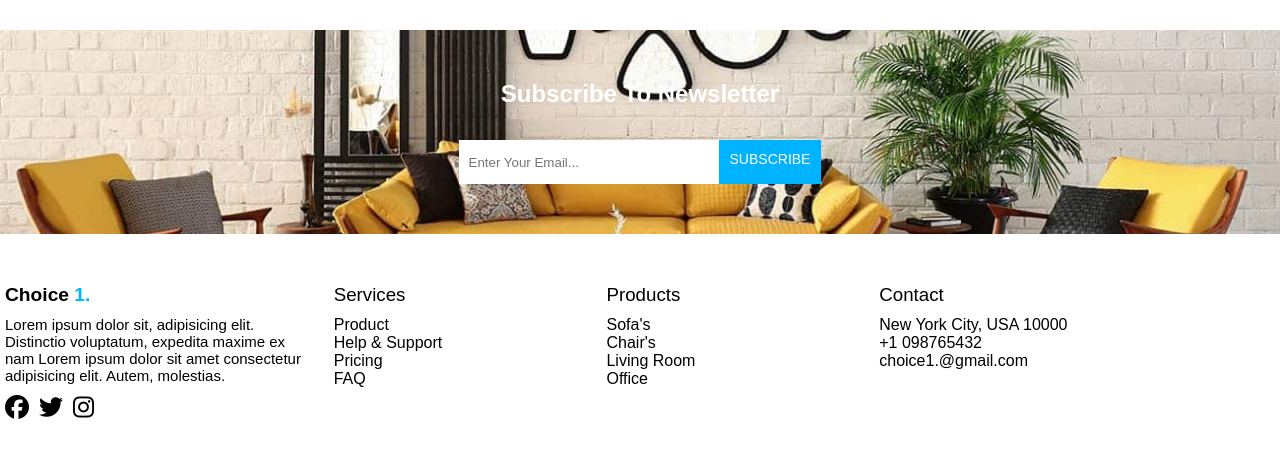
Repository: alishbah7/Choice1
Page: index.html
An editor plug-in stored every save of this project. The page is shown before and after the next save, followed by the edit.
The browser window is 1280 px wide. The pictures show the part of the page from y = 3939 to 4411 px (the page is 4411 px tall before and 4321 px after).
A picture or video elsewhere on the page could not be fetched, so the positions and the page height are approximate. Backgrounds fixed to the window are drawn as part of the page.

Above is the page before, as saved 2024-11-24 13:13:40.

### index.html
<!DOCTYPE html>
<html lang="en">
<head>
    <meta charset="UTF-8">
    <meta name="viewport" content="width=device-width, initial-scale=1.0">
    <title>Navbar</title>

    <!--=== CSS ===-->
    <link rel="stylesheet" href="style.css">

    <!--=== BOXICONS ===-->
    <link href='https://unpkg.com/boxicons@2.1.4/css/boxicons.min.css' rel='stylesheet' />
    <link rel="stylesheet" href="https://cdnjs.cloudflare.com/ajax/libs/font-awesome/6.7.1/css/all.min.css" integrity="sha512-5Hs3dF2AEPkpNAR7UiOHba+lRSJNeM2ECkwxUIxC1Q/FLycGTbNapWXB4tP889k5T5Ju8fs4b1P5z/iB4nMfSQ==" crossorigin="anonymous" referrerpolicy="no-referrer" />
</head>
<body>
    <!------------ header ------------>
    <header>
        <a href="#" class="logo">Choice <span>1.</span></a>
        <div class="bx bx-menu" id="menu-icon"></div>

        <ul class="navbar">
            <li><a href="#home">Home</a></li>
            <li><a href="#shop">Shop</a></li>
            <li><a href="#new">New Arrival</a></li>
            <li><a href="#about">About</a></li>
            <li><a href="#brands">Our Partners</a></li>
            <li><a href="#contact">Contact</a></li>
        </ul>
    </header>

    <!------------ home ------------>
    <section class="home" id="home">
        <div class="home-text">
            <h1><span>Make</span> Your Comfort <br> Is Our <span>Happiness</span></h1>
            <p>Lorem, ipsum dolor sit amet consectetur adipisicing elit. <br> Expedita totam consequuntur fuga quis aperiam nulla.</p>
            <a href="shop" class="btn">Shop Now</a>
        </div>
    </section>

    <!------------ shop ------------>
    <section class="shop" id="shop">
        <div class="heading">
            <span>New Arrival</span>
            <h1>Shop Now</h1>
        </div>
        <!------------ content ------------>
        <div class="shop-container">
            <!------------ box1 ------------>
            <div class="box">
                <div class="box-img">
                    <img src="img/img1.jpg" alt="">
                </div>
                <div class="title-price">
                    <h3>Brown Chair</h3>
                    <div class="stars">
                        <i class="bx bxs-star"></i>
                        <i class="bx bxs-star"></i>
                        <i class="bx bxs-star"></i>
                        <i class="bx bxs-star"></i>
                        <i class="bx bxs-star-half"></i>
                    </div>
                </div>
                <span>35$</span>
                <i class="bx bx-cart"></i>
            </div>
            <!------------ box2 ------------>
            <div class="box">
                <div class="box-img">
                    <img src="img/img1.jpg" alt="">
                </div>
                <div class="title-price">
                    <h3>Brown Chair</h3>
                    <div class="stars">
                        <i class="bx bxs-star"></i>
                        <i class="bx bxs-star"></i>
                        <i class="bx bxs-star"></i>
                        <i class="bx bxs-star"></i>
                        <i class="bx bxs-star-half"></i>
                    </div>
                </div>
                <span>35$</span>
                <i class="bx bx-cart"></i>
            </div>
            <!------------ box3 ------------>
            <div class="box">
                <div class="box-img">
                    <img src="img/img1.jpg" alt="">
                </div>
                <div class="title-price">
                    <h3>Brown Chair</h3>
                    <div class="stars">
                        <i class="bx bxs-star"></i>
                        <i class="bx bxs-star"></i>
                        <i class="bx bxs-star"></i>
                        <i class="bx bxs-star"></i>
                        <i class="bx bxs-star-half"></i>
                    </div>
                </div>
                <span>35$</span>
                <i class="bx bx-cart"></i>
            </div>
            <!------------ box4 ------------>
            <div class="box">
                <div class="box-img">
                    <img src="img/img1.jpg" alt="">
                </div>
                <div class="title-price">
                    <h3>Brown Chair</h3>
                    <div class="stars">
                        <i class="bx bxs-star"></i>
                        <i class="bx bxs-star"></i>
                        <i class="bx bxs-star"></i>
                        <i class="bx bxs-star"></i>
                        <i class="bx bxs-star-half"></i>
                    </div>
                </div>
                <span>35$</span>
                <i class="bx bx-cart"></i>
            </div>
            <!------------ box5 ------------>
            <div class="box">
                <div class="box-img">
                    <img src="img/img1.jpg" alt="">
                </div>
                <div class="title-price">
                    <h3>Brown Chair</h3>
                    <div class="stars">
                        <i class="bx bxs-star"></i>
                        <i class="bx bxs-star"></i>
                        <i class="bx bxs-star"></i>
                        <i class="bx bxs-star"></i>
                        <i class="bx bxs-star-half"></i>
                    </div>
                </div>
                <span>35$</span>
                <i class="bx bx-cart"></i>
            </div>
            <!------------ box6 ------------>
            <div class="box">
                <div class="box-img">
                    <img src="img/img1.jpg" alt="">
                </div>
                <div class="title-price">
                    <h3>Brown Chair</h3>
                    <div class="stars">
                        <i class="bx bxs-star"></i>
                        <i class="bx bxs-star"></i>
                        <i class="bx bxs-star"></i>
                        <i class="bx bxs-star"></i>
                        <i class="bx bxs-star-half"></i>
                    </div>
                </div>
                <span>35$</span>
                <i class="bx bx-cart"></i>
            </div>
        </div>
    </section>
    <!------------ new arrival ------------>
    <section class="new" id="new">
        <div class="heading">
            <span>New Collection</span>
            <h1>Best Selling</h1>
        </div>
    <!------------ content ------------>
    <div class="new-container">
        <!------------ box1 ------------>
        <div class="box">
            <div class="box-img">
                <img src="img/img1.jpg" alt="">
            </div>
            <div class="title-price">
                <h3>Brown Chair</h3>
                <div class="stars">
                    <i class="bx bxs-star"></i>
                    <i class="bx bxs-star"></i>
                    <i class="bx bxs-star"></i>
                    <i class="bx bxs-star"></i>
                    <i class="bx bxs-star-half"></i>
                </div>
            </div>
            <span>35$</span>
            <i class="bx bx-cart"></i>
        </div>
        <!------------ box2 ------------>
        <div class="box">
            <div class="box-img">
                <img src="img/img1.jpg" alt="">
            </div>
            <div class="title-price">
                <h3>Brown Chair</h3>
                <div class="stars">
                    <i class="bx bxs-star"></i>
                    <i class="bx bxs-star"></i>
                    <i class="bx bxs-star"></i>
                    <i class="bx bxs-star"></i>
                    <i class="bx bxs-star-half"></i>
                </div>
            </div>
            <span>35$</span>
            <i class="bx bx-cart"></i>
        </div>
        <!------------ box3 ------------>
        <div class="box">
            <div class="box-img">
                <img src="img/img1.jpg" alt="">
            </div>
            <div class="title-price">
                <h3>Brown Chair</h3>
                <div class="stars">
                    <i class="bx bxs-star"></i>
                    <i class="bx bxs-star"></i>
                    <i class="bx bxs-star"></i>
                    <i class="bx bxs-star"></i>
                    <i class="bx bxs-star-half"></i>
                </div>
            </div>
            <span>35$</span>
            <i class="bx bx-cart"></i>
        </div>
        <!------------ box4 ------------>
        <div class="box">
            <div class="box-img">
                <img src="img/img1.jpg" alt="">
            </div>
            <div class="title-price">
                <h3>Brown Chair</h3>
                <div class="stars">
                    <i class="bx bxs-star"></i>
                    <i class="bx bxs-star"></i>
                    <i class="bx bxs-star"></i>
                    <i class="bx bxs-star"></i>
                    <i class="bx bxs-star-half"></i>
                </div>
            </div>
            <span>35$</span>
            <i class="bx bx-cart"></i>
        </div>
        <!------------ box5 ------------>
        <div class="box">
            <div class="box-img">
                <img src="img/img1.jpg" alt="">
            </div>
            <div class="title-price">
                <h3>Brown Chair</h3>
                <div class="stars">
                    <i class="bx bxs-star"></i>
                    <i class="bx bxs-star"></i>
                    <i class="bx bxs-star"></i>
                    <i class="bx bxs-star"></i>
                    <i class="bx bxs-star-half"></i>
                </div>
            </div>
            <span>35$</span>
            <i class="bx bx-cart"></i>
        </div>
        <!------------ box6 ------------>
        <div class="box">
            <div class="box-img">
                <img src="img/img1.jpg" alt="">
            </div>
            <div class="title-price">
                <h3>Brown Chair</h3>
                <div class="stars">
                    <i class="bx bxs-star"></i>
                    <i class="bx bxs-star"></i>
                    <i class="bx bxs-star"></i>
                    <i class="bx bxs-star"></i>
                    <i class="bx bxs-star-half"></i>
                </div>
            </div>
            <span>35$</span>
            <i class="bx bx-cart"></i>
        </div>
    </div>
</section>
<!------------ about ------------>
<section class="about" id="about">
    <div class="about-img">
        <img src="img/furniture4.jpeg" alt="">
    </div>
    <div class="about-text">
        <span>About Us</span>
        <h2>Furniture is impoertant part <br>for comfort</h2>
        <p>Lorem ipsum dolor sit amet consectetur adipisicing elit. Dolorem sit maxime praesentium, facere totam, iusto omnis eveniet accusamus rerum, veritatis explicabo possimus necessitatibus officiis? Voluptas.</p>
        <p>Lorem, ipsum dolor sit amet consectetur adipisicing elit. Nam velit, deserunt placeat qui nemo natus.</p>
        <a href="#shop" class="btn">Learn More.</a>
    </div>
</section>
<!------------ brands ------------>
<section class="brands" id="brands">
    <div class="heading">
        <span>Brands</span>
        <h1>Our Brands Partners</h1>
    </div>
    <div class="brands-container">
        <img src="img/google.webp" alt="">
        <img src="img/amazon.png" alt="">
        <img src="img/netflix.a3e87fea-e03e-4c0a-8f26-9ecef205fa7b" alt="">
        <img src="img/tesla.webp" alt="">
        <img src="img/star.webp" alt="">
        <img src="img/zoom.png" alt="">
    </div>
</section>
<!------------ contact ------------>
<section class="newsletter" id="contact">
    <h2>Subscribe To Newsletter</h2>
    <div class="news-box">
        <input type="text" placeholder="Enter Your Email...">
        <a href="#" class="btn">Subscribe</a>
    </div>
</section>
<!------------ footer ------------>
<section class="footer" id="footer">
    <div class="footer-box">
        <h2>Choice <span>1.</span></h2>
        <p>Lorem ipsum dolor sit, adipisicing elit. <br>  Distinctio voluptatum, expedita maxime ex <br> nam Lorem ipsum dolor sit amet consectetur <br> adipisicing elit. Autem, molestias.</p>
        <div class="social">
            <a href="#"><i class="fa-brands fa-facebook"></i></a>
            <a href="#"><i class="fa-brands fa-twitter"></i></a>
            <a href="#"><i class="fa-brands fa-instagram"></i></a>
        </div>
    </div>
    <div class="footer-box">
        <h3>Services</h3>
        <li><a href="#">Product</a></li>
        <li><a href="#">Help & Support</a></li>
        <li><a href="#">Pricing</a></li>
        <li><a href="#">FAQ</a></li>
    </div>
    <div class="footer-box">
        <h3>Products</h3>
        <li><a href="#">Sofa's</a></li>
        <li><a href="#">Chair's</a></li>
        <li><a href="#">Living Room</a></li>
        <li><a href="#">Office</a></li>
    </div>
    <div class="footer-box contact-info">
        <h3>Contact</h3>
        <span>New York City, USA 10000</span>
        <span>+1 098765432</span>
        <span>choice1.@gmail.com</span>
    </div>
</section>


</body>
</html>

### style.css
*{
    margin: 0;
    padding: 0;
    box-sizing: border-box;
    scroll-behavior: smooth;
    scroll-padding-top: 2rem;
    list-style: none;
    text-decoration: none;
    font-family: "Poppins", sans-serif;
}

:root{
    --text-color: #000000;
    --main-color: #00b3ff;
}

section{
    padding: 50px 10%;
}

header{
    position: fixed;
    width: 100%;
    top: 0;
    right: 0;
    z-index: 1000;
    display: flex;
    align-items: center;
    justify-content: space-between;
    padding: 18px 100px;
    background: #edecea;
}

.logo{
    font-size: 1.2rem;
    font-weight: 600;
    color: var(--text-color);
}

.logo span{
    color: var(--main-color);
}

.navbar{
    position: relative;
    display: flex;
}

.navbar a{
    font-size: 1rem;
    padding: 10px 20px;
    font-weight: 500;
    color: var(--text-color);
}

.navbar a:hover{
    color: var(--main-color);
}

#menu-icon{
    font-size: 2rem;
    cursor: pointer;
    display: none;
}

.home{
    width: 100%;
    min-height: 100vh;
    background-image: url(img/furniture2.jpg);
    background-repeat: no-repeat;
    background-size: cover;
    background-position: right;
    background-attachment: fixed;
    display: flex;
    align-items: center;
}

.home-text h1{
    font-size: 2.7rem;
    color: #fff;
}

.home-text p{
    font-size: 0.938rem;
    margin: 0.4rem 0 1.8rem;
    color: #fff;
}

.home-text span{
    color: var(--main-color);
}

.btn{
    padding: 10px 14px;
    background: var(--main-color);
    color: #fff;
    border-radius: 0.3rem;
    font-size: 14px;
}

.btn:hover{
    background-color: #ffffff00;
    border: 2px solid var(--main-color);
    color: var(--main-color);
}

.heading span{
    display: flex;
    align-items: center;
    justify-content: center;
    color: var(--main-color);
    padding-bottom: 5px;
    font-size: 14px;
    font-weight: 500;
    text-transform: uppercase;
}

.heading h1{
    display: flex;
    align-items: center;
    justify-content: center;
    font-size: 30px;
    font-weight: 700;
}

.shop-container, .new-container {
    display: grid;
    grid-template-columns: repeat(auto-fit, minmax(300px, auto));
    gap: 1rem;
    margin-top: 2rem;
}

.box{
    position: relative;
    box-shadow: 1px 4px 4px rgb(0, 0, 0, 0.1);
    border-radius: 44px 4px 4px 4px;
}

.box .box-img{
    width: 100%;
    height: 400px;
    overflow: hidden;
    border-radius: 44px 4px 0 0;
}

.box .box-img img{
    width: 100%;
    height: 100%;
    object-fit: cover;
    object-position: center;
}

.box .box-img img:hover{
    transform: scale(1.1);
    transition: 0.5s;
}

.title-price{
    display: flex;
    justify-content: space-between;
    padding: 12px;
}

.title-price h3{
    font-size: 1rem;
    font-weight: 600;
}

.box span{
    font-size: 1.1rem;
    font-weight: 500;
    padding-left: 12px;
    color: var(--main-color);
}

.stars .bx{
    color: var(--main-color);
}

.box .bx-cart{
    position: absolute;
    bottom: 0;
    right: 0;
    padding: 7px;
    font-size: 20px;
    color: #fff;
    border-radius: 4px 0 4px 0;
    background: var(--main-color);
}

.box .bx-cart:hover{
    color: var(--main-color);
    background-color: #fff;
    border: 1px solid var(--main-color);
    cursor: pointer;
}

.new-container .box{
    border-radius: 4px;
}

.new-container .box .box-img{
    border-radius: 4px 44px 4px 4px;
}

.about{
    display: grid;
    grid-template-columns: repeat(1, 2fr);
    gap: 1rem;
}

.about-img img{
    width: 80%;
    border-radius: 10px;
    object-fit: contain;
}

.about-text span{
    font-size: 14px;
    font-weight: 500;
    text-transform: uppercase;
    color: var(--main-color);
}

.about-text p{
    font-size: 0.938rem;
    margin: 0.5rem 0 1.4rem;
}

.brands-container{
    display: grid;
    grid-template-columns: repeat(auto-fit, minmax(100px, auto));
    align-items: center;
    justify-content: space-between;
    gap: 1rem;
    margin-top: 2rem;
}

.brands-container img{
    width: 100px;
}

.brands-container img{
    width: 100px;
    filter: grayscale(1);
}

.brands-container img:hover{
    cursor: pointer;
    filter: grayscale(0);
}

.newsletter{
    display: flex;
    flex-direction: column;
    align-items: center;
    background-image: url(img/Furniture3.jpg);
    background-repeat: no-repeat;
    background-size: cover;
    background-position: center;
}

.newsletter h2{
    color: #fff;
}

.news-box{
    display: flex;
    align-items: center;
    margin-top: 2rem;
}

.news-box input{
    width: 260px;
    height: 44px;
    border: none;
    outline: none;
    background: #fff;
    padding: 10px;
}

.news-box .btn{
    height: 44px;
    padding: 11px;
    border-radius: 0;
    font-weight: 500;
    text-transform: uppercase;
}

.footer{
    display: grid;
    grid-template-columns: repeat(auto-fit, minmax(240px, auto));
    /* gap: 1rem; */
    padding-left: 5px;
}

.footer-box h2{
    font-size: 1.2rem;
    font-weight: 600;
    margin-bottom: 10px;
}

.footer-box span{
    color: var(--main-color);
}

.footer-box p{
    font-size: 00.938rem;
    margin-bottom: 10px;
}

.social{
    display: flex;
    align-items: center;
}

.social a{
    font-size: 24px;
    margin-right: 10px;
    color: #000000;
}

.social a:hover{
    color: var(--main-color);
}

.footer-box h3{
    font-weight: 500;
    margin-bottom: 10px;
}

.footer-box li a{
    color: #000000;
}

.footer-box li a:hover{
    color: var(--main-color);
}

.contact-info{
    display: flex;
    flex-direction: column;
}

.contact-info span{
    color: #000000;
}

After the next save:
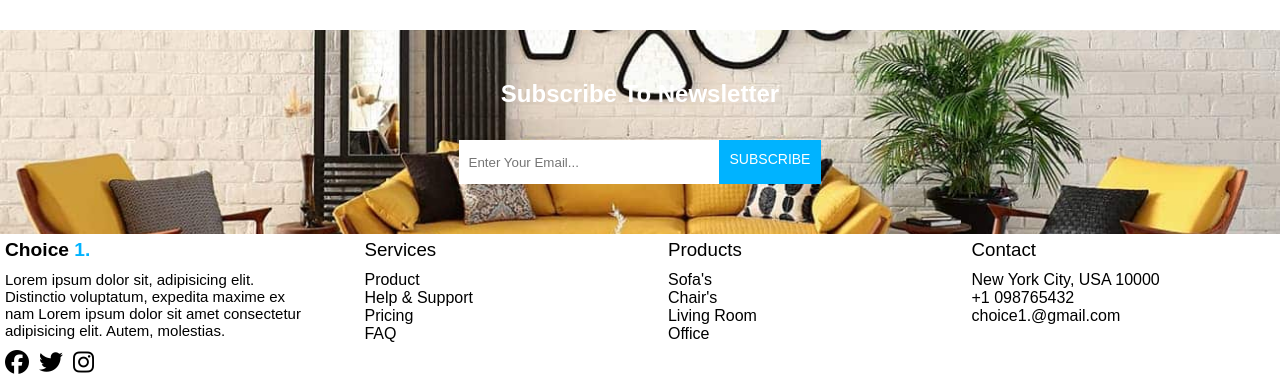
Saved 14 s later.
--- a/style.css
+++ b/style.css
@@ -291,7 +291,7 @@ header{
     display: grid;
     grid-template-columns: repeat(auto-fit, minmax(240px, auto));
     /* gap: 1rem; */
-    padding-left: 5px;
+    padding: 5px;
 }
 
 .footer-box h2{
